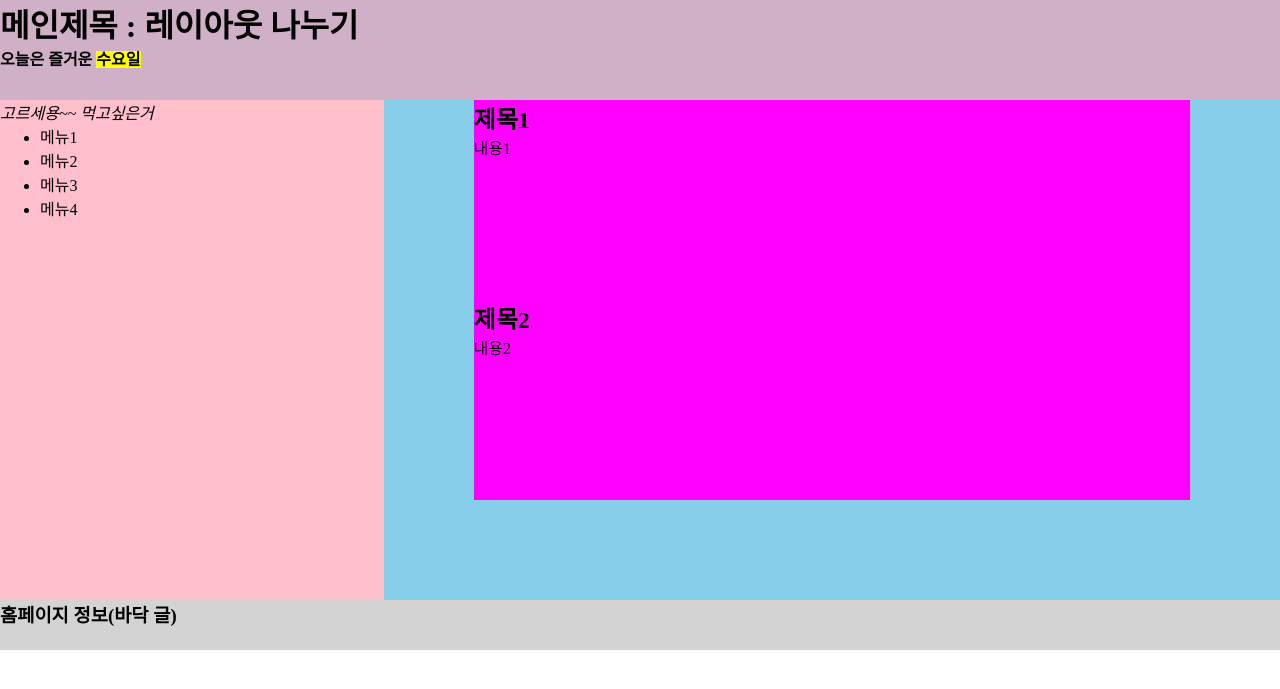
Repository: jhsnex123/web_study
Page: edu/src/main/webapp/cssexam/exam11_5.html
These files come from the project's save history. The page is drawn as it stood at one moment and after the next save; the edit follows.
The browser window is 1280 px wide. The pictures show the whole page.

Above is the page before, as saved 2024-09-19 05:28:16.

After the next save:
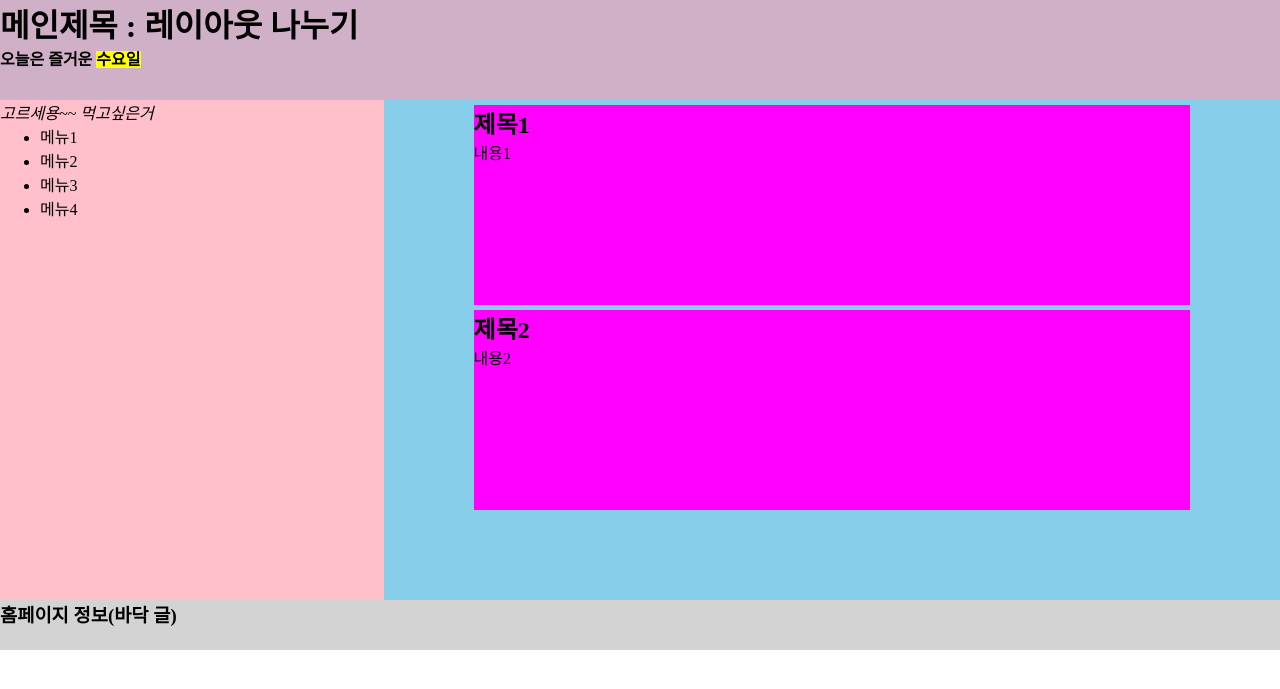
Saved 50 min 14 s later.
--- a/edu/src/main/webapp/cssexam/exam11_5.html
+++ b/edu/src/main/webapp/cssexam/exam11_5.html
@@ -29,8 +29,9 @@
 		width : 80%;
 		height : 200px;
 		background-color : magenta;
-		margin-left : auto;
-		margin-right : auto;
+	/* 	margin-left : auto;
+		margin-right : auto; */
+		margin : 5px auto;
 	}
 	footer {
 		width : 100%;
